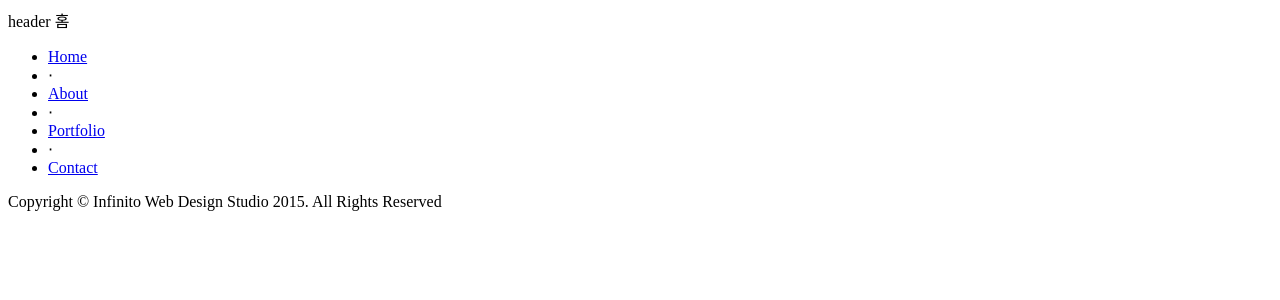
Repository: sist-varm/FirstTeamProject_self
Page: http://localhost/html_1/main/main.jsp
These files come from the project's save history. The page is drawn as it stood at one moment and after the next save; the edit follows.
The browser window is 1280 px wide. The pictures show the whole page.
The page is served by Tomcat 9.

Above is the page before, as saved 2022-07-20 07:20:24.

After the next save:
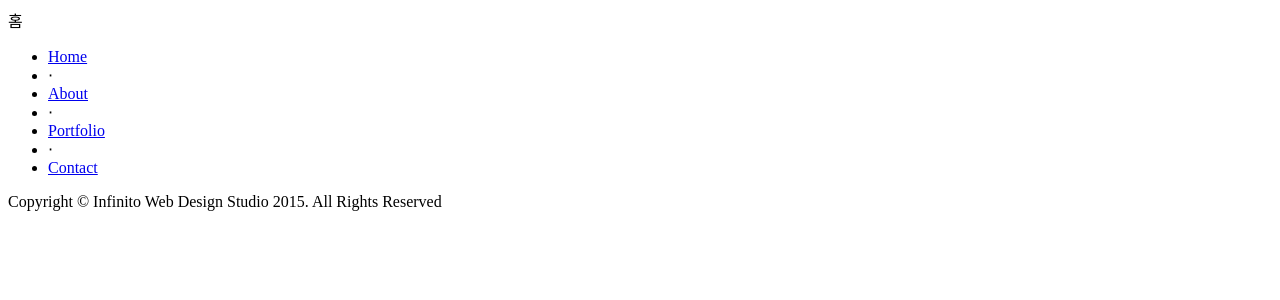
Saved 1 s later.
--- a/html_1/src/main/webapp/common/header.jsp
+++ b/html_1/src/main/webapp/common/header.jsp
@@ -7,6 +7,8 @@
 <title>Insert title here</title>
 </head>
 <body>
-header
+<header>
+
+</header>
 </body>
 </html>
